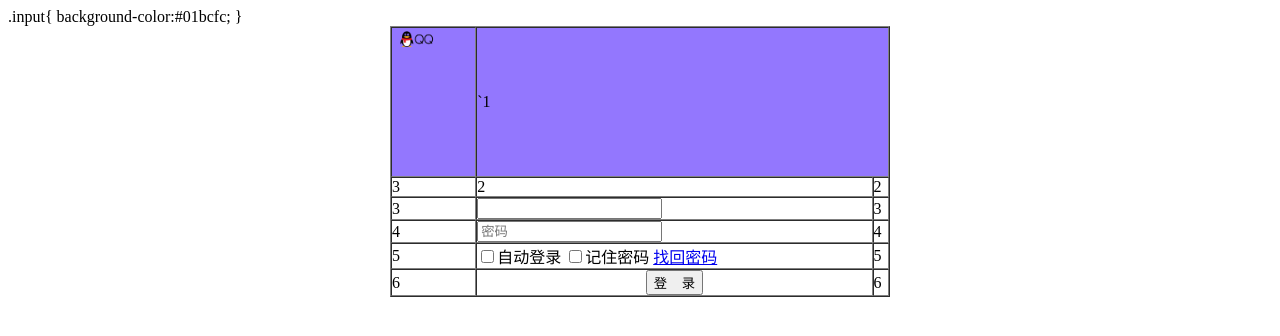
Repository: l897284707/0913
Page: page06表格做QQ.html
These files come from the project's save history. The page is drawn as it stood at one moment and after the next save; the edit follows.
The browser window is 1280 px wide. The pictures show the whole page.

Above is the page before, as saved 2022-09-13 19:02:34.

### page06表格做QQ.html
<!DOCTYPE html>
<html lang="en">

<head>
    <meta charset="UTF-8">
    <meta http-equiv="X-UA-Compatible" content="IE=edge">
    <meta name="viewport" content="width=device-width, initial-scale=1.0">
    <title>Document</title>
    .input{ background-color:#01bcfc; }
</head>

<body>
    <table border="1" cellspacing="0" cellpadding="0" align="center" width="500">
        <tr style="background-color:#9377fe ; height: 150px;">
            <td valign="top" ailgn="left"><img src="/img/图片1.png" alt="qq图片" width="50"></td>
            <td colspan="2">
                `1
            </td>

        </tr>
        <tr>
            <td rowspan="">3</td>
            <td>2</td>
            <td>2</td>
        </tr>
        <tr>
            <td>3</td>
            <td><input type="text"></td>
            <td>3</td>
        </tr>
        <tr>
            <td>4</td>
            <td><input type="password" placeholder="密码"></td>
            <td>4</td>
        </tr>
        <tr>
            <td>5</td>
            <td>
                <input type="checkbox">自动登录
                <input type="checkbox">记住密码
                <a href=" ">找回密码</a>
            </td>
            <td>5</td>
        </tr>
        <tr>
            <td>6</td>
            <td align="center"><input type="submit" class="input" name="" value="登    录"></td>
            <td>6</td>
        </tr>
    </table>

</body>

</html>

After the next save:
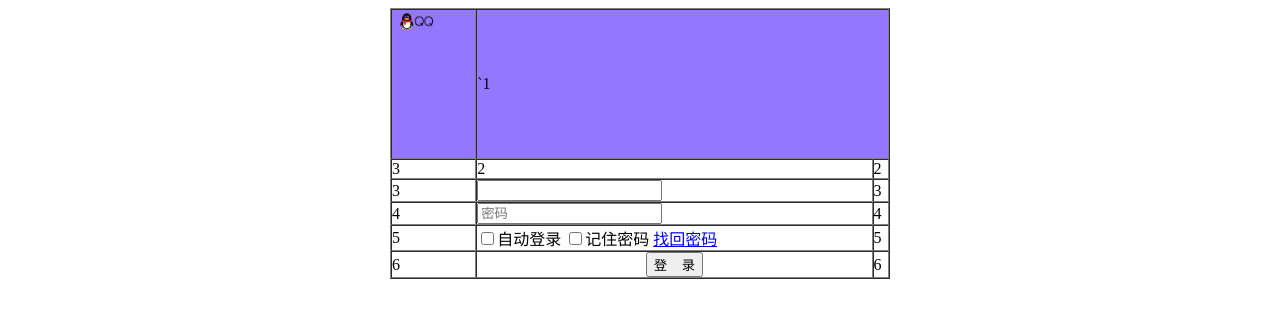
Saved 5 s later.
--- a/page06表格做QQ.html
+++ b/page06表格做QQ.html
@@ -6,7 +6,7 @@
     <meta http-equiv="X-UA-Compatible" content="IE=edge">
     <meta name="viewport" content="width=device-width, initial-scale=1.0">
     <title>Document</title>
-    .input{ background-color:#01bcfc; }
+
 </head>
 
 <body>
